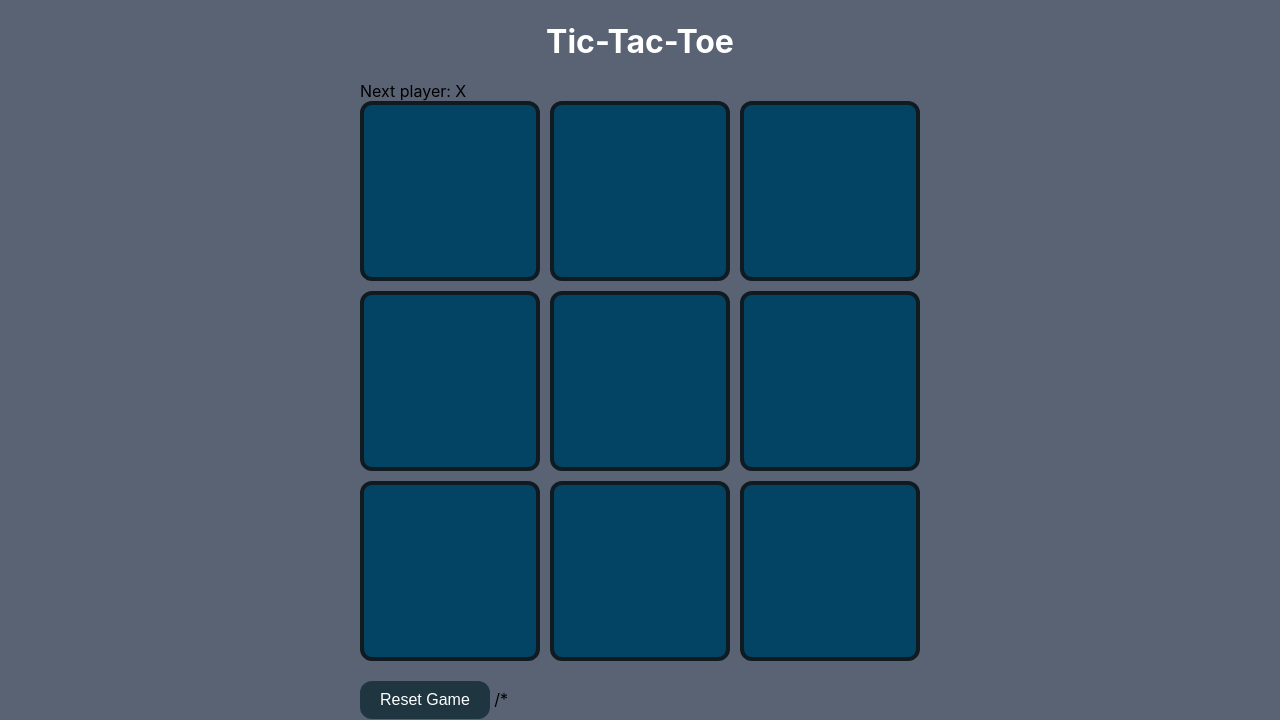
Repository: Monterro324/Tic-Tac
Page: / (app in tic-tac/)
These files come from the project's save history. The page is drawn as it stood at one moment and after a run of saves; the edit follows.
The browser window is 1280 px wide. The pictures show the whole page.
The project was rebuilt for these pictures with package versions that can differ from the ones it lists, and the page was loaded fresh each time.

Above is the page before, as saved 2024-05-05 22:33:30.

### tic-tac/src/App.js
import { useState } from 'react';
import './App.css';
import Square from './Components/Square'; //Importing Square.js from Components


//Did not modify
export default function Board() {
  const [xIsNext, setXIsNext] = useState(true);
  const [squares, setSquares] = useState(Array(9).fill(null));

  function handleClick(i) {
    if (calculateWinner(squares) || squares[i]) {
      return;
    }
    const nextSquares = squares.slice();
    if (xIsNext) {
      nextSquares[i] = 'X';
    } else {
      nextSquares[i] = 'O';
    }
    setSquares(nextSquares);
    setXIsNext(!xIsNext);
  }

  //Basic reset button after winner is declare
  function resetGame() {
    setSquares(Array(9).fill(null)); // Resets all squares
    setXIsNext(true); // Resets the turn to the first player
  }

  const winner = calculateWinner(squares);
  let status;
  if (winner) {
    status = 'Winner: ' + winner;
  } else {
    status = 'Next player: ' + (xIsNext ? 'X' : 'O');
  }

  return (
    <>
       <h1 className="game-title">Tic-Tac-Toe</h1> {/* Title for the game */}
      <div className="status">{status}</div>

      <div className="board">
        {squares.map((square, index) => (
          <Square key={index} value={square} onSquareClick={() => handleClick(index)} />
        ))}
      </div>
      <button className='reset-button' onClick={resetGame}>Reset Game</button>  /*
    </>
  );
}


function calculateWinner(squares) {
  const lines = [
    [0, 1, 2],
    [3, 4, 5],
    [6, 7, 8],
    [0, 3, 6],
    [1, 4, 7],
    [2, 5, 8],
    [0, 4, 8],
    [2, 4, 6],
  ];
  for (let i = 0; i < lines.length; i++) {
    const [a, b, c] = lines[i];
    if (squares[a] && squares[a] === squares[b] && squares[a] === squares[c]) {
      return squares[a];
    }
  }
  return null;
}

### tic-tac/src/App.css
body, html {
  height: 100%;
  margin: 0;
  display: flex;
  flex-direction: column;
  justify-content: center;
  align-items: center;
  background-color: rgb(90, 99, 116);
}

.board {
  display: grid;
  grid-template-columns: repeat(3, 180px);
  grid-gap: 10px;
  justify-content: center;
}

.square {
  display: flex;
  align-items: center;
  justify-content: center;
  height: 180px;
  width: 180px;
  background: #034464;
  border: 4px solid #0f1b21;
  border-radius: 12px;
  cursor: pointer;
}

.reset-button {
  padding: 15px 30px;
  font-size: 18px;
  color: white;
  margin-top: 20px;
  padding: 10px 20px;
  font-size: 16px;
  color: white;
  background-color: #1f3540;
  border: none;
  border-radius: 12px;
  cursor: pointer;
  outline: none;
}

.game-title {
  color: #ffffff;
  font-size: 32px;
  margin: 20px 0;
  text-align: center;
}

### tic-tac/src/Components/Square.js
import React from 'react';
import xImage from '../Components/Assets/mark-x.png';  // Update path to where your images are stored
import oImage from '../Components/Assets/mark-o.png';  // Update path to where your images are stored
//Put the iamges in Componets under "Assets" to use for the OnClick when the player selects the square the choose to pick

function Square({ value, onSquareClick }) {
  const getImageUrl = (value) => {

    if (value === 'X') return xImage;   //Player X
    if (value === 'O') return oImage;   //Player O
    return null;
  };

  return (
    <button className="square" onClick={onSquareClick}>
      {value && <img src={getImageUrl(value)} alt={value} style={{ maxWidth: '100%', maxHeight: '100%' }} />}
    </button>
  );
}

export default Square

Loaded but not shown: tic-tac/public/index.html (common file); tic-tac/src/index.js (common file); tic-tac/src/index.css (common file); tic-tac/src/reportWebVitals.js (common file)

After the next 2 saves:
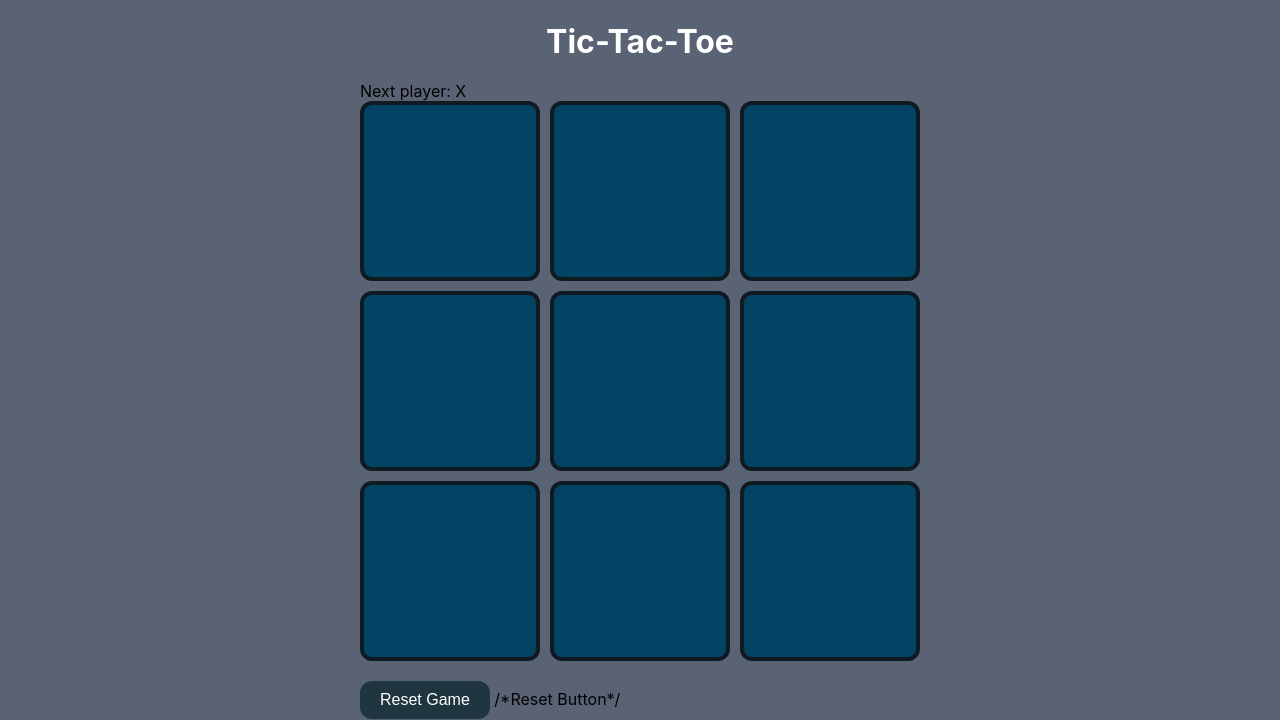
The 2 saves are shown as one change because they came seconds apart.
The last was saved 8 s later.
--- a/tic-tac/src/App.js
+++ b/tic-tac/src/App.js
@@ -46,7 +46,7 @@ export default function Board() {
           <Square key={index} value={square} onSquareClick={() => handleClick(index)} />
         ))}
       </div>
-      <button className='reset-button' onClick={resetGame}>Reset Game</button>  /*
+      <button className='reset-button' onClick={resetGame}>Reset Game</button>  /*Reset Button*/
     </>
   );
 }
